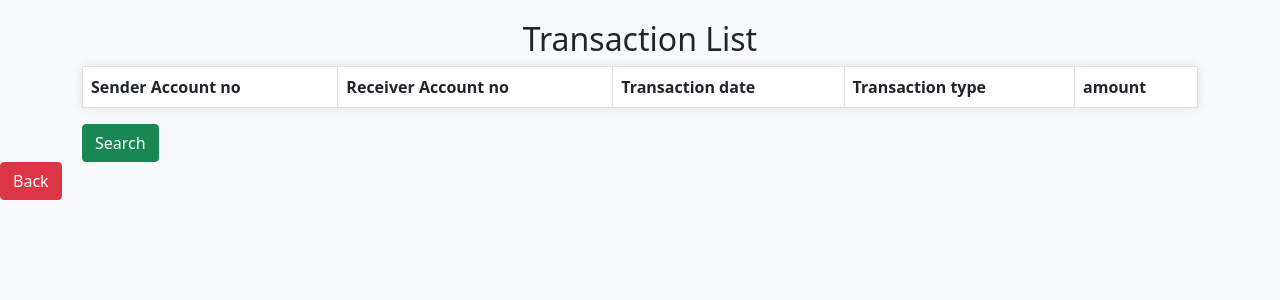
Repository: RMVLajaykumar/monojavaee
Page: http://localhost/13-bankapplication-demo/view-transactions.jsp
These files come from the project's save history. The page is drawn as it stood at one moment and after the next save; the edit follows.
The browser window is 1280 px wide. The pictures show the whole page.
The page is served by Tomcat 9. Nobody is signed in. The application's start-up code is not run. Other server files are loaded and not shown. The template is opened directly, without the code that normally fills it, so the values that code supplies are empty.

Above is the page before, as saved 2024-07-21 05:53:18.

### 13-bankapplication-demo/WebContent/view-transactions.jsp
<%@ page language="java" contentType="text/html; charset=ISO-8859-1"
    pageEncoding="ISO-8859-1"%>
<%@ taglib uri="http://java.sun.com/jsp/jstl/core" prefix="c"%>
<!DOCTYPE html>
<html>
<head>
    <meta charset="ISO-8859-1">
    <title>View Transactions</title>
    <link href="https://cdn.jsdelivr.net/npm/bootstrap@5.0.2/dist/css/bootstrap.min.css" rel="stylesheet" crossorigin="anonymous">
    <style>
        body {
            background-color: #f8f9fa;
        }
        .container {
            margin-top: 20px;
        }
        table {
            background-color: white;
            border-radius: 5px;
            box-shadow: 0 0 10px rgba(0, 0, 0, 0.1);
        }
    </style>
</head>
<body>
    <div class="container">
        <h2 class="text-center">Transaction List</h2>
        <table class="table table-striped table-bordered">
            <thead>
                <tr>

                    <th>Sender Account no</th>
                    <th>Receiver Account no</th>
                    <th>Transaction date</th>
                     <th>Transaction type</th>
                    <th>amount</th>
                </tr>
            </thead>
            <tbody>
                <c:forEach var="transaction" items="${transactionsList}">

                        <tr>
                            <td>${transaction.sender_account_number}</td>
                            <td>${transaction.receiver_account_number}</td>
                            <td>${transaction.date_of_transaction}</td>
                            <td>${transaction.transaction_type}</td>
                            <td>${transaction.transaction_amount}</td>
                        </tr>
                    </c:forEach>

            </tbody>
        </table>
         <a href="search-transaction.jsp" class="btn btn-success" >Search</a>
    </div>
    <a href="admin.jsp" class="btn btn-danger back-button">Back</a>
</body>
</html>

After the next save:
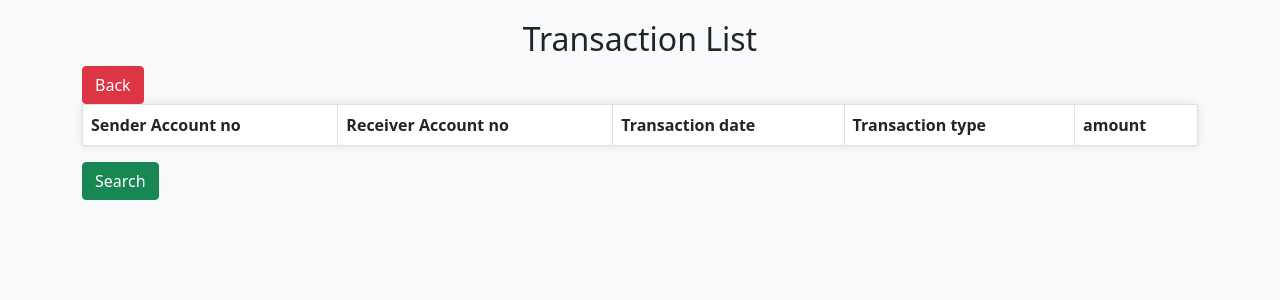
Saved 29 s later.
--- a/13-bankapplication-demo/WebContent/view-transactions.jsp
+++ b/13-bankapplication-demo/WebContent/view-transactions.jsp
@@ -24,6 +24,7 @@
 <body>
     <div class="container">
         <h2 class="text-center">Transaction List</h2>
+        <a href="admin.jsp" class="btn btn-danger back-button">Back</a>
         <table class="table table-striped table-bordered">
             <thead>
                 <tr>
@@ -51,6 +52,6 @@
         </table>
          <a href="search-transaction.jsp" class="btn btn-success" >Search</a>
     </div>
-    <a href="admin.jsp" class="btn btn-danger back-button">Back</a>
+
 </body>
 </html>
